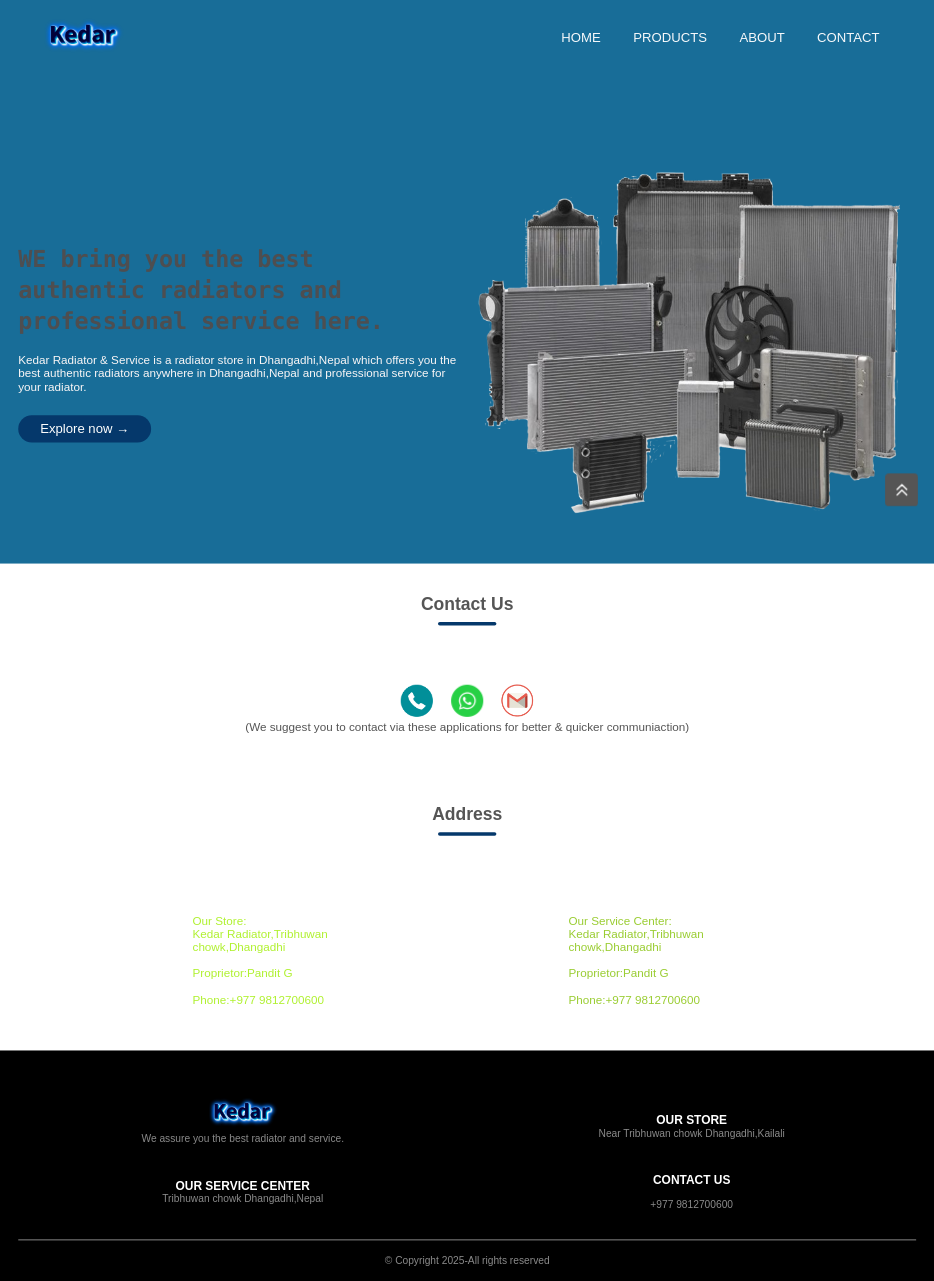
Repository: shyamchand-git/KedarRadiator
Page: contactsfrs.html
These files come from the project's save history. The page is drawn as it stood at one moment and after a run of saves; the edit follows.
The browser window is 1280 px wide. The pictures show the whole page, at 73% of full size.
Some web fonts or font styles are not loaded; a fallback is used.

Above is the page before, as saved 2026-02-22 13:31:18.
Console error: TypeError: Cannot read properties of null (reading 'addEventListener')

### contactsfrs.html
<!DOCTYPE html>
<html lang="en">

<head>
    <meta charset="UTF-8">
    <meta name="Viewport" content="width=device-width,initial scale=1.0">
    <meta http-equiv="X-UA-Compatible" content="IE=edge">
    <meta name="viewport" content="width=device-width, initial-scale=1.0">
    <title> Kedar Radiator | Website</title>
    <link rel="preconnect" href="https://fonts.gstatic.com">
    <!-- <link href="ht://fonts.googleapis.com/css2?family=Poppins:ital,wght@0,300;0,600;0,700;1,400;1,500&display=swap"
        rel="stylesheet"> -->
    <link rel="stylesheet" href="stylefrs.css">
    <link rel="stylesheet" href="css/all.min.css">

</head>

<body>
    <a href="#section-1" class="scroll-top">
        <svg xmlns="http://www.w3.org/2000/svg" class="h-6 w-6" fill="none" viewBox="0 0 24 24" stroke="currentColor">
            <path stroke-linecap="round" stroke-linejoin="round" stroke-width="2" d="M5 11l7-7 7 7M5 19l7-7 7 7" />
        </svg>
    </a>

        <div class="header " id="section-1" style="background: #186d98;">
            <div class="container">
                <div class="naVbar ">
                    <div class="logo">
                        <a href="index.html"> <img src="images/kedar-logo.png" alt="Kedar Rediator"
                                width="120px"> </a>

                    </div>
                    <nav>
                       <ul id="menuitems">
                            <li><a href="index.html">HOME</a></li>
                            <li><a href="productsfrs.html">PRODUCTS</a></li>
                            <li><a href="aboutfrs.html">ABOUT</a></li>
                            <li><a href="contactsfrs.html">CONTACT</a></li>
                        </ul>
                    </nav>
                    <img src="images/menu.png" class="menuicon"
                        onclick="menutoggle()">
                </div>
                <div class="row">
                    <div class="col2">



                             <h1>WE bring you the best <br> authentic radiators and
                            <br> professional service here.</h1>


                            <p>Kedar Radiator & Service is a radiator store in
                            Dhangadhi,Nepal which offers you the best
                            authentic radiators anywhere in Dhangadhi,Nepal and
                            professional service for your radiator.</p>

                        <a href="aboutfrs.html" class="btn">Explore now
                            &#8594;</a>
                    </div>
                    <div class="col2">
                        <img src="images/rediatorgrp.png.png" width="610px">
                    </div>
                </div>
            </div>
        </div>

    <!-- contact form  -->
<!--
    <div class="container formcontainer" >
        <div class="row formrow">
            <div class="col2">
                <h2 class="tittle">Contact Form</h2>
                <form action="https://formspree.io/f/mgerzodj" method="POST" id="my-form">
                    <div class="formgroup">
                        <label for="firstname">First Name</label>
                        <input type="text" id="firstname" name="firstname">
                    </div>
                    <div class="formgroup">
                        <label for="lastname">Last Name</label>
                        <input type="text" id="lastname" name="lastname">
                    </div>
                    <div class="formgroup">
                        <label for="lastname">Institution Name</label>
                        <input type="text" id="lastname" name="lastname">
                    </div>
                    <div class="formgroup">
                        <label for="email">Email</label>
                        <input type="email" id="email" name="email">
                    </div>
                    <div class="formgroup">
                        <label for="number">Contact Number</label>
                        <input type="number" id="number" name="number">
                    </div>
                    <div class="formgroup">
                        <label for="message">Message</label>
                        <textarea name="message" id="message" cols="30" rows="10"></textarea>
                    </div>
                    <button type="submit">Submit</button>
                </form>
            </div>


            <div id="status" class=""></div>
        </div>

    </div> -->

    <!-- contact us -->

    <div class="small-container contact"  id="section-1" >
        <h2 class="tittle">Contact Us</h2>
        <div class="row contact_row">
            <a href="tel:+977 9812700600"><img src="images/call.png" width="44px"></a>
            <a href=""> <img src="images/whatsapp.png.png" width="44px"></a>
            <a href=""><img src="images/mail.png.png" width="45px"></a>
        </div>
        <div class="line">
            <h4>(We suggest you to contact via these applications for better & quicker communiaction)</h4>
        </div>
    </div>

    <div class="small-container">
        <h2 class="tittle">Address</h2>
        <div class="row">
            <div class="col4">
                <i class="fas fa-map-marker-alt"></i>
                <h4 style="color: rgb(176, 241, 48);">Our Store:
                    <br>
                   Kedar Radiator,Tribhuwan chowk,Dhangadhi
                    <br>
                    <br>
                    Proprietor:Pandit G
                    <br>


                    <br>
                    Phone:+977 9812700600
                    <br>



                </h4>


            </div>
            <div class="col4">
                <i class="fas fa-map-marker-alt"></i>
                <h4 style="color: yellowgreen;"">
                    Our Service Center:
                    <br>
                    Kedar Radiator,Tribhuwan chowk,Dhangadhi
                    <br>


                    <br>
                    Proprietor:Pandit G
                    <br>

                    <br>
                   Phone:+977 9812700600
                    <br>



                </h4>

            </div>
        </div>
    </div>

       <!-- footer  -->
        <div class="footer">
            <div class="container">
                <div class="row">

                    <div class="footercol4">
                        <img src="images/kedar-logo.png" width="104px">
                        <p>We assure you the best radiator and service.</p>
                    </div>
                    <div class="footercol4">

                        <h3>OUR STORE</h3>

                        <p> Near Tribhuwan chowk  Dhangadhi,Kailali
                            </p>
                    </div>
                    <div class="footercol4">

                        <h3>OUR SERVICE CENTER</h3>

                        <p>Tribhuwan chowk  Dhangadhi,Nepal</p>
                    </div>
                    <div class="footercol4">

                        <h3>CONTACT US</h3>

                        <br>
                          <p>+977 9812700600</p>
                    </div>

                </div>
                <hr>
                <p class="copyright">&copy; Copyright 2025-All rights reserved
                </p>
            </div>
        </div>



</body>
<!-- js for toogle menu  -->
<script>
    var menuitems = document.getElementById("menuitems");

    menuitems.style.maxHeight = "0px";

    function menutoggle() {
        if (menuitems.style.maxHeight == "0px") {
            menuitems.style.maxHeight = "200px";
        }
        else {
            menuitems.style.maxHeight = "0px";
        }
    }
</script>

<!-- js for form  -->


<script>
    var form = document.getElementById("my-form");

    async function handleSubmit(event) {
        event.preventDefault();
        var status = document.getElementById("status");
        var data = new FormData(event.target);
        fetch(event.target.action, {
            method: form.method,
            body: data,
            headers: {
                'Accept': 'application/json'
            }
        }).then(response => {
            status.innerHTML = "Thanks for your submission!";
            status.classList.add("succes")
            form.reset()

        }).catch(error => {
            status.innerHTML = "There was a problem submitting your form(try the below sources for contact)"
        });
    }
    form.addEventListener("submit", handleSubmit)
</script>


</html>

### stylefrs.css
*{
    margin: 0;
    padding: 0;
    box-sizing: border-box;
}
html{
    scroll-behavior: smooth;
}

body{
    font-family: 'Poppins', sans-serif;

}
.scroll-top{

    height: 50px;
    width: 50px;
    background-color: #555;
    position: fixed;
    bottom: 10px;
    right: 10px;
    cursor: pointer;
    border-radius: 6px;
    box-shadow: 0px 0px 0px rgba(0,0,0,0.5);
    display: flex;
    align-items: center;
    justify-content: center;
    transform: scale(0.9);
    transition: 0.3s ease-in-out transform;

}
.scroll-top svg{
    width: 50%;
    color: #fff;
    pointer-events: none;
}
.scroll-top:hover{
    transform: scale(1);

}
.naVbar{





    display: flex;
    align-items: center;
    padding: 20px;


}
nav{
    flex: 1;
    text-align: right;


}

nav ul{
    list-style-type: none;
    display: inline-block;



}


nav ul li{
    display: inline-block;
    margin-right: 20px;
}
 a{
    text-decoration: none;
    color: #f7f9fb;
    border-radius:35px;
    margin: 14px 10px;
    font-size: 18px;



}

p{
    color: #fbf7f7;
}
.container{
    max-width: 1300px;
    margin: auto;
    padding: 0 25px;
}

.row{
    display: flex;
    flex-wrap: wrap;
    align-items: center;
    justify-content: space-around;

}
.col2{
    flex-basis: 50%;
    min-width: 300px;
}
.col2 img{
    max-width: 100%;
    padding: 50px 0;
}

.header{
    background:radial-gradient(#59c8c7,#4E4E50) ;


}
.sticky{
    position: -webkit-sticky;
    position: sticky;
    top: 0;



}
.sticky-naVbar{
    padding: 0;
}
.header .row{
    margin-top: 70px ;
}
.btn{
    display: inline-block;
    color: #fff;
    background: #05386B;
    padding: 8px 30px;
    margin: 30px 0;
    border-radius: 30px;
    transition: background 0.5s;
}
.btn:hover{
    background: #4E4E50;

}

.col2 h1{
    font-size: 32px;
    line-height: 42px;
    margin: 25px 0;
    color:#4E4E50;
    font-family: consolas;
}


/* categories  */
.tittle{
    text-align: center;
    margin: 0 auto 80px;
    position: relative;
    line-height: 60px;
    color: #555;
}
.tittle::after{
    content:'';
    display: block;
    background :#05386B;
    width: 80px;
    height: 5px;
    border-radius: 5px;
    position: absolute;
    bottom: 0;
    left: 50%;
    transform: translateX(-50%);

}
.categories{
    margin: 70px 0;
}
.col3{
    flex-basis: 25%;
    margin-bottom: 30px;
    min-width: 250px;
}
.col3 h4{
    text-align: center;
    color:#555 ;
    margin-bottom: 20px;
}
.col3 img{
    width: 100%;
}

/* featured products */
.small-container{
    max-width: 1080px;
    margin: auto;
    padding-left: 25px;
    padding-right: 25px;
    padding-top: 25px;
}
h4{
    color: #555;
    font-weight: normal;
}
.col4 p{
    font-size: 14px;
    color: #555;
}
/* .col4:hover{
    transform: translateY(-6px);
} */
.col4{
    flex-basis: 25%;
    padding: 10px;
    min-width: 200px;
    margin-bottom: 50px;
    /* transition: transform 0.5s; */
    cursor: pointer;
}
.col4 img{
    width: 100%;
}
.pagebtn span{
    display: inline-block;
    border: 1px solid #05386B;
    margin-left: 10px;
    width: 40px;
    height: 40px;
    text-align: center;
    line-height: 40px;
    cursor: pointer;

}
.pagebtn span a{
    color: #555;
}

.pagebtn span:hover{
    background: #05386B;
    color: #fff;
}
.pagebtn span a:hover{
    color: white;
}


/* brands */
.brands{
    margin: 100px auto 0;
}
.col5{
    width: 160px;
}
.col5 img{
    width: 100%;
    cursor: pointer;
    filter: grayscale(100%);
}
.no-scale img{
filter: none;
}

.col5 img:hover{
    filter: grayscale(0);
}

/* testimonial */
.testimonial{
    margin: 100px auto;

}
.testimonial .col3{
   text-align: center;
   padding: 40px 20px;
   box-shadow: 0 0 20px 0 rgb(0,0,0.1);
   cursor: pointer;
   transition: transform 0.5s;
}
.testimonial .col3 img{
    width: 80px;
    margin-top: 20px;
    border-radius: 50%;
}
.col3 p{
    font-size: 12px;
    margin: 12px 0;
    color: #777;
}
.testimonial .col3:hover{
    transform: translateY(-10px);
}
.testimonial .col3 h3{
    font-weight: 600;
    color: #555;
    font-size: 16px;
}

/* media query for menu */
.menuicon{
    width: 28px;
    margin-left: 20px;
    display: none;
}
@media screen and (max-width:800px){
    naV ul{
        position: absolute;
        top: 70px;
        left: 0;
        background:#4E4E50 ;
        width: 100%;
        overflow: hidden;
        transition: max-height 0.5s;
    }
    naV ul li{
        display: block;
        margin-right: 50px;
        margin-top: 10px;
        margin-bottom: 10px;
    }
    naV ul li a{
        color: white;
    }
    .menuicon{
        display:inline-block;
        cursor: pointer;
    }
}


/* footer  */
.footer{
    background: #000;
    color: #8a8a8a;
    font-size: 14px;
    padding: 60px 0 20px;
}
.footer p{
    color: #8a8a8a;
}
.footer h3{
    color: #fff;
    margin-top: 20px;
}
.footercol4{
    min-width:250px ;
    margin-bottom: 20px;
    flex-basis: 50%;
     text-align: center;
}


.footer hr{
    border: none;
    background: #b5b5b5;
    height: 1px;
    margin: 20px 0;
}
.copyright{
    text-align: center;
}

.footercol4 a{
    display: inline-block;
}


/* contact page form  */
.formcontainer{
    width: 90%;
    max-width: 500px;
    margin: 0 auto;
    padding: 20px;
    box-shadow: 0 0 20px #00000020;
    background-color: #fff;
    border-radius: 10px;
    margin-bottom: 20px;
}
.formrow{
   flex-direction: column;
   align-items: center;
   justify-content: center;

}


.formgroup{
    width: 100%;
    margin-top: 20px;
    font-size: 20px;
}
.formgroup input
.formgroup textarea
{
width: 100%;
padding: 5px;
font-size: 18px;
border: 1px solid rgb(187, 187, 187);
color: #555;
margin-top: 5px;
}
textarea{
resize: vertical;
}
button[type="submit"]{
    width: 100%;
    border: none;
    outline: none;
    padding: 5px;
    font-size: 15px;
    border-radius: 27px;
    font-family: montserrat;
    color:#0493f3 ;
    text-align: center;
    cursor: pointer;
    margin-top: 10px;
    transition: .3s ease background-color;
}
button[type="submit"]:hover{
    background-color: #c8e2f3;
}
#status{
    width: 90%;
    max-width: 500px;
    text-align: center;
    padding: 5px;
    margin: 8px auto;
    border-radius: 28px;

}
#status.succes{
    background-color: rgb(181, 236, 98);
    animation: status 4s ease forwards;
}
#status.error{
    background-color: rgba(218, 55, 55, 0.897);
    color: #fff;
    animation: status 4s ease forwards;
}
@keyframes status {
    0%{
        opacity: 1;
        pointer-events: 1;
    }
    90%{
        opacity: 1;
        pointer-events: 1;
    }
   100%{
        opacity: 0;
        pointer-events: none;
    }
}
/* media query for 600 scren size */
@media screen and (max-width:600px){
    .row{
        text-align: center;

    }
    .col2, .col3, .col4{
        flex-basis: 100%;
    }
     .radiator .radiator-p{
        margin: 0;
    }
    .scroll-top:hover{
        transform: scale(0.9);
    }

}


.contact_row {
    display:block;
   text-align: center;
}
.line{
    text-align: center;
    padding-bottom: 55px;
}
.fa-map-marker-alt{
    color: #555;
}
.Vehcle-brand{
    margin: 0 auto;
}


.radiator-p {
    color: #555;
    margin: 0 200px;

}
.detail-p{
    color: #555;


}
                         /* about page  */

.offer{
    background:radial-gradient(#59c8c7,#4E4E50);
    margin-top: 80px;
    padding: 30px 0;
}
.offer .offer-img{
    padding: 50px;
}
                      /* single product */
.single-product{
    margin-top: 80px;
    margin: 20px 0;
    font-size: 22px;
    font-weight: bold;
}
.single-product .col2{
    padding: 20px;
}
.single-product .col2 img{
    padding: 0;

}
.single-product .fa{
    margin-left: 10px;
    color: #05386B;
}
.radiator-a{
    color:#05386B ;
    font-size: 21px;
    font-weight: 700;
    text-align: center;
    display: flex;
    justify-content: center;
}

Loaded but not shown: css/all.min.css (library)

After the next 2 saves:
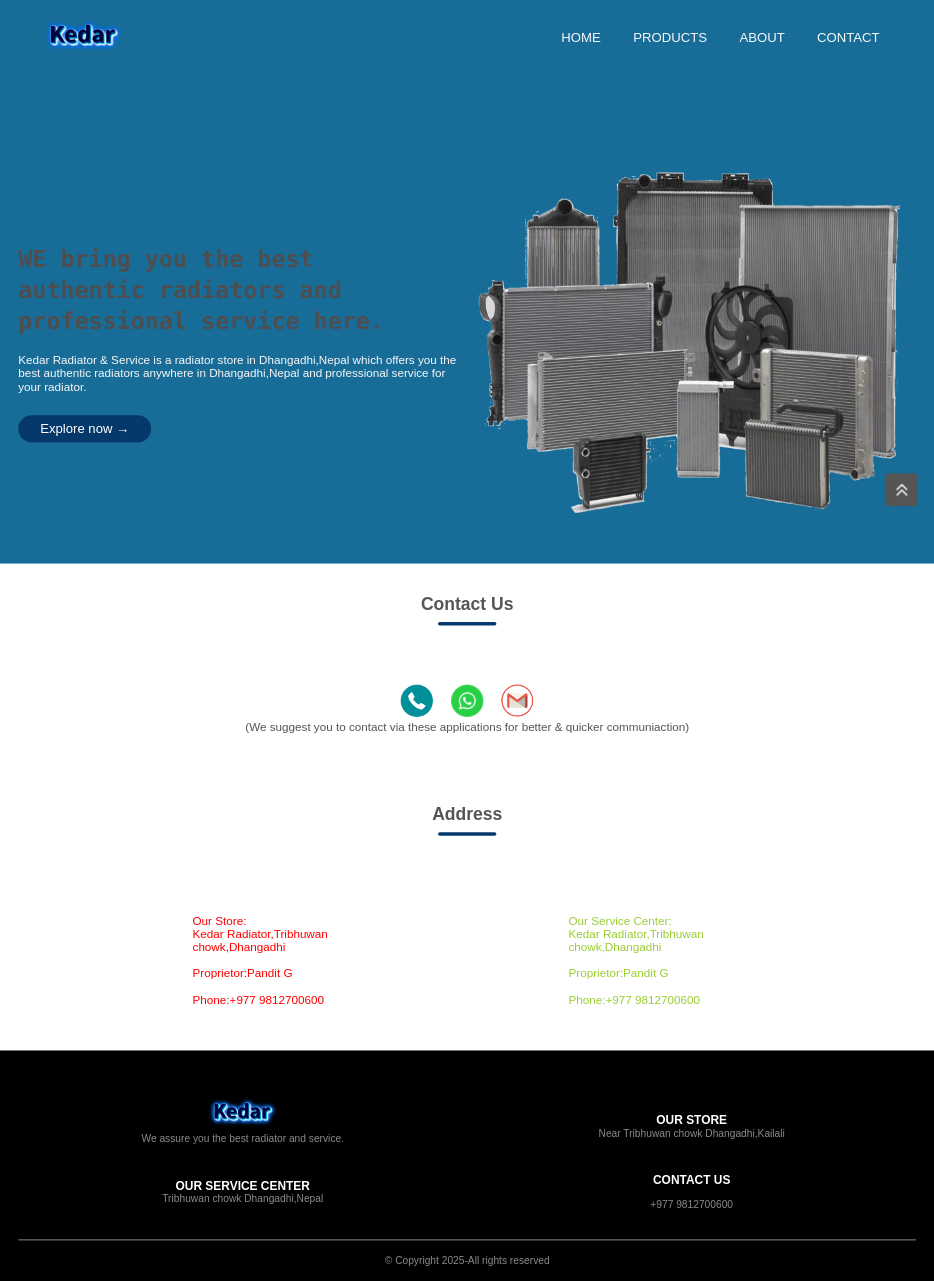
The 2 saves are shown as one change because they came seconds apart.
The last was saved 14 s later.
--- a/contactsfrs.html
+++ b/contactsfrs.html
@@ -125,7 +125,7 @@
         <div class="row">
             <div class="col4">
                 <i class="fas fa-map-marker-alt"></i>
-                <h4 style="color: rgb(176, 241, 48);">Our Store:
+                <h4 style="color:red;">Our Store:
                     <br>
                    Kedar Radiator,Tribhuwan chowk,Dhangadhi
                     <br>
